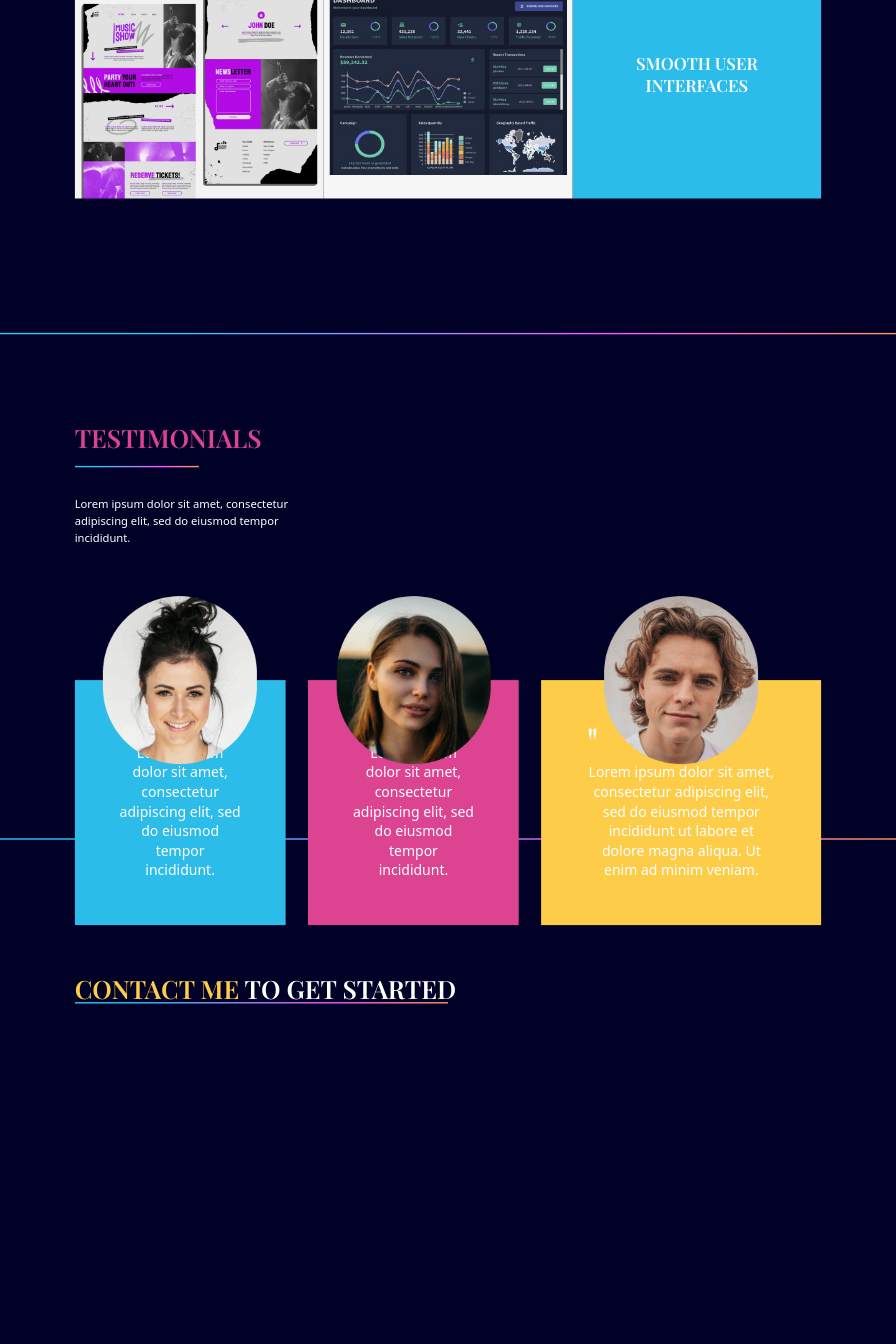
Repository: thibaultNicolas/portfolio-react
Page: /
These files come from the project's save history. The page is drawn as it stood at one moment and after the next save; the edit follows.
The browser window is 1280 px wide. The pictures show the part of the page from y = 2761 to 4681 px (the page is 4681 px tall), at 70% of full size.
The project was rebuilt for these pictures with package versions that can differ from the ones it lists, and the page was loaded fresh each time. Also part of the build but not shown: next.config.ts.

Above is the page before, as saved 2023-01-08 12:25:22.

### public/index.html
<!DOCTYPE html>
<html lang="en">

<head>
  <meta charset="utf-8" />
  <link rel="icon" href="%PUBLIC_URL%/favicon.ico" />
  <meta name="viewport" content="width=device-width, initial-scale=1" />
  <meta name="theme-color" content="#000000" />
  <meta name="description" content="Web site created using create-react-app" />
  <link rel="apple-touch-icon" href="%PUBLIC_URL%/logo192.png" />
  <!--
      manifest.json provides metadata used when your web app is installed on a
      user's mobile device or desktop. See https://developers.google.com/web/fundamentals/web-app-manifest/
    -->
  <link rel="manifest" href="%PUBLIC_URL%/manifest.json" />
  <!--
      Notice the use of %PUBLIC_URL% in the tags above.
      It will be replaced with the URL of the `public` folder during the build.
      Only files inside the `public` folder can be referenced from the HTML.

      Unlike "/favicon.ico" or "favicon.ico", "%PUBLIC_URL%/favicon.ico" will
      work correctly both with client-side routing and a non-root public URL.
      Learn how to configure a non-root public URL by running `npm run build`.
    -->
  <title>React App</title>
  <link href="/public/output.css" rel="stylesheet">
</head>

<body>
  <noscript>You need to enable JavaScript to run this app.</noscript>
  <div id="root"></div>
  <!--
      This HTML file is a template.
      If you open it directly in the browser, you will see an empty page.

      You can add webfonts, meta tags, or analytics to this file.
      The build step will place the bundled scripts into the <body> tag.

      To begin the development, run `npm start` or `yarn start`.
      To create a production bundle, use `npm run build` or `yarn build`.
    -->
</body>

</html>

### src/index.css
@import url('https://fonts.googleapis.com/css2?family=Open+Sans:wght@400;600&family=Playfair+Display:wght@400;600&display=swap');

@tailwind base;
@tailwind components;
@tailwind utilities;

html,
body,
#root,
.app{
    height: 100%;
    background-color: #010026;
    @apply text-white;
}

### src/scenes/Navbar.jsx
import { useState } from 'react';
import AnchorLink from 'react-anchor-link-smooth-scroll';
import useMediaQuery from '../hooks/useMediaQuery';

const Link = ({ page, selectedPage, setSelectedPage }) => {
    const lowerCasePage = page.toLowerCase();
    return (
        <AnchorLink
            className={`${selectedPage === lowerCasePage ? 'text-yellow' : ''}
            hover:text-yellow transition duration-500`}
            href={`#${lowerCasePage}`}
            onClick={() => setSelectedPage(lowerCasePage)}
        >
            {page}
        </AnchorLink>
    );
};

const Navbar = ({ isTopOfPage, selectedPage, setSelectedPage }) => {
    const [isMenuToggled, setIsMenuToggled] = useState(false);
    const isAboveSmallScreens = useMediaQuery('(min-width:768px)');
    const navbarBackground = isTopOfPage ? "" : "bg-red";

    return (
        <nav className={`${navbarBackground} z-40 w-full fixed top-0 py-6`}>
            <div className="flex items-center justify-between mx-auto w-5/6">
                <h4 className="font-playfair text-3xl font-bold">NT</h4>

                {/* DESKTOP NAV */}
                {isAboveSmallScreens ? (
                    <div className="flex justify-between gap-16 font-openSans txt-sm font-semibold">
                        <Link
                            page="Home"
                            selectedPage={selectedPage}
                            setSelectedPage={setSelectedPage}
                        />
                        <Link
                            page="Skills"
                            selectedPage={selectedPage}
                            setSelectedPage={setSelectedPage}
                        />
                        <Link
                            page="Projects"
                            selectedPage={selectedPage}
                            setSelectedPage={setSelectedPage}
                        />
                        <Link
                            page="Testimonials"
                            selectedPage={selectedPage}
                            setSelectedPage={setSelectedPage}
                        />
                        <Link
                            page="Contact"
                            selectedPage={selectedPage}
                            setSelectedPage={setSelectedPage}
                        />
                    </div>
                ) : (
                    <button
                        className="rounded-full bg-red p-2"
                        onClick={() => setIsMenuToggled(!isMenuToggled)}
                    >
                        <img src="../assets/menu-icon.svg" alt="menu-icon" />
                    </button>
                )}

                {/* MOBILE MENU POPUP */}
                {!isAboveSmallScreens && isMenuToggled && (
                    <div className="fixed right-0 bottom-0 h-full bg-blue w-[300px]">
                        {/* CLOSE ICON */}
                        <div className="flex justify-end p-12">
                            <button
                                onClick={() => setIsMenuToggled(!isMenuToggled)}
                            >
                                <img
                                    src="../assets/close-icon.svg"
                                    alt="close-icon"
                                />
                            </button>
                        </div>
                        {/* MENU ITEMS */}
                        <div className="flex flex-col gap-10 ml-[33%] text-2xl text-deep-blue">
                            <Link
                                page="Home"
                                selectedPage={selectedPage}
                                setSelectedPage={setSelectedPage}
                            />
                            <Link
                                page="Skills"
                                selectedPage={selectedPage}
                                setSelectedPage={setSelectedPage}
                            />
                            <Link
                                page="Projects"
                                selectedPage={selectedPage}
                                setSelectedPage={setSelectedPage}
                            />
                            <Link
                                page="Testimonials"
                                selectedPage={selectedPage}
                                setSelectedPage={setSelectedPage}
                            />
                            <Link
                                page="Contact"
                                selectedPage={selectedPage}
                                setSelectedPage={setSelectedPage}
                            />
                        </div>
                    </div>
                )}
            </div>
        </nav>
    );
};

export default Navbar;

### src/scenes/DotGroup.jsx
import AnchorLink from 'react-anchor-link-smooth-scroll';
const DotGroup = ({ selectedPage, setSelectedPage }) => {
    const selectedStyles = `relative bg-yellow before:absolute before:w-6 before:h-6
    before:rounded-full before:border-2 before:border-yellow before:left-[-50%]
    before:top-[-50%]`;
    return (
        <div className="flex flex-col gap-6 fixed top-[60%] right-7">
            <AnchorLink
                className={`${selectedPage === 'home' ? selectedStyles : 'bg-dark-grey'}
            w-3 h-3 rounded-full`}
                href="#home"
                onClick={() => setSelectedPage('home')}
            />
            <AnchorLink
                className={`${selectedPage === 'skills' ? selectedStyles : 'bg-dark-grey'}
            w-3 h-3 rounded-full`}
                href="#skills"
                onClick={() => setSelectedPage('skills')}
            />
            <AnchorLink
                className={`${selectedPage === 'projects' ? selectedStyles : 'bg-dark-grey'}
            w-3 h-3 rounded-full`}
                href="#projects"
                onClick={() => setSelectedPage('projects')}
            />
            <AnchorLink
                className={`${selectedPage === 'testimonials' ? selectedStyles : 'bg-dark-grey'}
            w-3 h-3 rounded-full`}
                href="#testimonials"
                onClick={() => setSelectedPage('testimonials')}
            />
            <AnchorLink
                className={`${selectedPage === 'contact' ? selectedStyles : 'bg-dark-grey'}
            w-3 h-3 rounded-full`}
                href="#contact"
                onClick={() => setSelectedPage('contact')}
            />
        </div>
    );
};
export default DotGroup;

### src/scenes/Projects.jsx
import LineGradient from '../components/LineGradient';
import useMediaQuery from '../hooks/useMediaQuery';
import { motion } from 'framer-motion';

const container = {
    hidden: {},
    visible: {
        transition: { staggerChildren: 0.2 },
    },
};

const projectVariant = {
    hidden: { opacity: 0, scale: 0.8 },
    visible: { opacity: 1, scale: 1 },
};

const Project = ({ title }) => {
    const projectTitle = title.split(' ').join('-').toLowerCase();
    const overlayStyles = `absolute h-full w-full opacity-0 hover:opacity-90 transition duration-500 bg-grey z-30 flex flex-col justify-center items-center text-center p-16 text-deep-blue`;

    return (
        <motion.div variants={projectVariant} className="relative">
            <div className={overlayStyles}>
                <p className="text-2xl font-playfair">{title}</p>
                <p className="mt-7">
                    Lorem ipsum dolor sit amet, consectetur adipiscing elit, sed
                    do eiusmod tempor incididunt ut labore et dolore magna
                    aliqua. Ut enim ad minim veniam.
                </p>
            </div>
            <img src={`../assets/${projectTitle}.jpeg`} alt={projectTitle} />
        </motion.div>
    );
};

const Projects = () => {
    const isAboveMediumScreens = useMediaQuery('(min-width:1060px)');

    return (
        <section id="projects" className="pt-48 pb-48">
            {/* HEADINGS */}
            <div className="md:flex md:justify-between md:gap-16 mt-32">
                <motion.div
                    className="md:w-2/5 mx-auto text-center"
                    initial="hidden"
                    whileInView="visible"
                    viewport={{ once: true, amount: 0.5 }}
                    transition={{ duration: 0.5 }}
                    variants={{
                        hidden: { opacity: 0, x: -50 },
                        visible: { opacity: 1, x: 0 },
                    }}
                >
                    <div>
                        <p className="font-playfair font-semibold text-4xl">
                            MY <span className="text-red">PRO</span>JECTS
                        </p>
                        <div className="flex justify-center mt-5">
                            <LineGradient width="w-1/3" />
                        </div>
                    </div>

                    <p className="mt-10 mb-10">
                        Lorem ipsum dolor sit amet, consectetur adipiscing elit,
                        sed do eiusmod tempor incididunt ut labore et dolore
                        magna aliqua. Ut enim ad minim veniam.
                    </p>
                </motion.div>
            </div>
            {/* PROJECTS */}
            <div className="flex justify-center">
                <motion.div
                    className="sm:grid sm:grid-cols-2 md:grid-cols-3"
                    initial="hidden"
                    whileInView="visible"
                    viewport={{ once: true, amount: 0.5 }}
                    variants={container}
                >
                    {/* ROW 1 */}
                    <div className="flex justify-center text-center items-center p-10 bg-red max-w-[400px] max-h-[400px] text-2xl font-playfair font-semibold">
                        BEAUTIFUL USER INTERFACES
                    </div>

                    <Project title="Project 1" />
                    <Project title="Project 2" />

                    {/* ROW 2 */}
                    <Project title="Project 3" />
                    <Project title="Project 4" />
                    <Project title="Project 5" />

                    {/* ROW 3 */}
                    <Project title="Project 6" />
                    <Project title="Project 7" />

                    <div className="flex justify-center text-center items-center p-10 bg-blue max-w-[400px] max-h-[400px] text-2xl font-playfair font-semibold">
                        SMOOTH USER INTERFACES
                    </div>
                </motion.div>
            </div>
        </section>
    );
};
export default Projects;

### src/scenes/Testimonials.jsx
import LineGradient from '../components/LineGradient';
import { motion } from 'framer-motion';

const Testimonials = () => {
    const testimonialsStyles = `mx-auto relative max-w-[400px] h-[350px] flex flex-col justify-end p-16 mt-48 before:absolute before:top-[-120px] before:-ml-[110px] before:left-1/2`;

    return (
        <section id="testimonials" className="pt-32 pb-16">
            {/* HEADING */}

            <motion.div
                className="md:w-1/3 text-center md:text-left"
                initial="hidden"
                whileInView="visible"
                viewport={{ once: true, amount: 0.5 }}
                transition={{ duration: 0.5 }}
                variants={{
                    hidden: { opacity: 0, x: -50 },
                    visible: { opacity: 1, x: 0 },
                }}
            >
                <p className="font-playfair font-semibold text-4xl mb-5 text-red">
                    TESTIMONIALS
                </p>
                <LineGradient width="w-2/4" />
                <p className="mt-10">
                    Lorem ipsum dolor sit amet, consectetur adipiscing elit, sed
                    do eiusmod tempor incididunt.
                </p>
            </motion.div>

            {/* TESTIMONIALS */}
            <div className="md:flex md:justify-between gap-8">
                <motion.div
                    className={`bg-blue ${testimonialsStyles} before:content-person1`}
                    initial="hidden"
                    whileInView="visible"
                    viewport={{ once: true, amount: 0.5 }}
                    transition={{ duration: 0.5 }}
                    variants={{
                        hidden: { opacity: 0, scale: 0.8 },
                        visible: { opacity: 1, scale: 1 },
                    }}
                >
                    <p className="font-playfair text-6xl">"</p>
                    <p className="text-center text-xl">
                        Lorem ipsum dolor sit amet, consectetur adipiscing elit,
                        sed do eiusmod tempor incididunt.
                    </p>
                </motion.div>
                <motion.div
                    className={`bg-red ${testimonialsStyles} before:content-person2`}
                    initial="hidden"
                    whileInView="visible"
                    viewport={{ once: true, amount: 0.5 }}
                    transition={{ delay: 0.2, duration: 0.5 }}
                    variants={{
                        hidden: { opacity: 0, scale: 0.8 },
                        visible: { opacity: 1, scale: 1 },
                    }}
                >
                    <p className="font-playfair text-6xl">"</p>
                    <p className="text-center text-xl">
                        Lorem ipsum dolor sit amet, consectetur adipiscing elit,
                        sed do eiusmod tempor incididunt.
                    </p>
                </motion.div>
                <motion.div
                    className={`bg-yellow ${testimonialsStyles} before:content-person3`}
                    initial="hidden"
                    whileInView="visible"
                    viewport={{ once: true, amount: 0.5 }}
                    transition={{ delay: 0.4, duration: 0.5 }}
                    variants={{
                        hidden: { opacity: 0, scale: 0.8 },
                        visible: { opacity: 1, scale: 1 },
                    }}
                >
                    <p className="font-playfair text-6xl">"</p>
                    <p className="text-center text-xl">
                        Lorem ipsum dolor sit amet, consectetur adipiscing elit,
                        sed do eiusmod tempor incididunt ut labore et dolore
                        magna aliqua. Ut enim ad minim veniam.
                    </p>
                </motion.div>
            </div>
        </section>
    );
};
export default Testimonials;

### src/scenes/Contact.jsx
import LineGradient from '../components/LineGradient';
import { useForm } from 'react-hook-form';
import { motion } from 'framer-motion';

const Contact = () => {
    const {
        register,
        trigger,
        formState: { errors },
    } = useForm();

    const onSubmit = async (e) => {
        const isValid = await trigger();
        if (!isValid) {
            e.preventDefault();
        }
    };

    return (
        <section id="contact" className="py-48">
            {/* HEADING */}
            <motion.div
                className=""
                initial="hidden"
                whileInView="visible"
                viewport={{ once: true, amount: 0.5 }}
                transition={{ duration: 0.5 }}
                variants={{
                    hidden: { opacity: 0, x: -50 },
                    visible: { opacity: 1, x: 0 },
                }}
            >
                <div>
                    <p className="font-playfair font-semibold text-4xl">
                        <span className="text-yellow">CONTACT ME</span> TO GET
                        STARTED
                    </p>
                    <LineGradient width="w-2/4" />
                </div>
            </motion.div>
        </section>
    );
};

export default Contact;

### src/components/LineGradient.jsx
const LineGradient = ({ width = 'w-full' }) => {
    return (
        <div className={`h-0.5 ${width} bg-gradient-rainblue`}>

        </div>
    )
};

export default LineGradient;

### src/hooks/useMediaQuery.jsx
import { useState, useEffect } from 'react';

const useMediaQuery = (query) => {
    const [matches, setMatches] = useState(false);

    useEffect(() => {
        const media = window.matchMedia(query);
        if (media.matches !== matches) {
            setMatches(media.matches);
        }
        const listener = () => setMatches(media.matches);
        window.addEventListener('resize', listener);
        return () => window.removeEventListener('resize', listener);
    }, [matches, query]);

    return matches;
};

export default useMediaQuery;

### src/components/SocialMediaIcons.jsx

const SocialMediaIcons = () =>{
    return (
        <div className="flex justify-center md:justify-start my-10 gap-7">
            <a
            className="hover:opacity-50 transition duration-500"
            href="https://www.linkedin.com/in/nicolas-thibault-6652b9194/"
            target="_blank"
            rel="noreferrer">
                <img src="../assets/linkedin.png" alt="linkedin-link" />
            </a>
            <a
            className="hover:opacity-50 transition duration-500"
            href="https://www.facebook.com/nicolas.thibault3/"
            target="_blank"
            rel="noreferrer">
                <img src="../assets/facebook.png" alt="facebook-link" />
            </a>
            <a
            className="hover:opacity-50 transition duration-500"
            href="https://www.instagram.com/nicolasthibault_/"
            target="_blank"
            rel="noreferrer">
                <img src="../assets/instagram.png" alt="instagram-link" />
            </a>
        </div>
    )
}
export default SocialMediaIcons;

Loaded but not shown: src/index.js (common file); src/App.js (58 lines, source omitted); tailwind.config.js (41 lines, source omitted); public/output.css (740 lines, source omitted); src/scenes/MySkills.jsx (144 lines, source omitted); src/scenes/Landing.jsx (111 lines, source omitted)

After the next save:
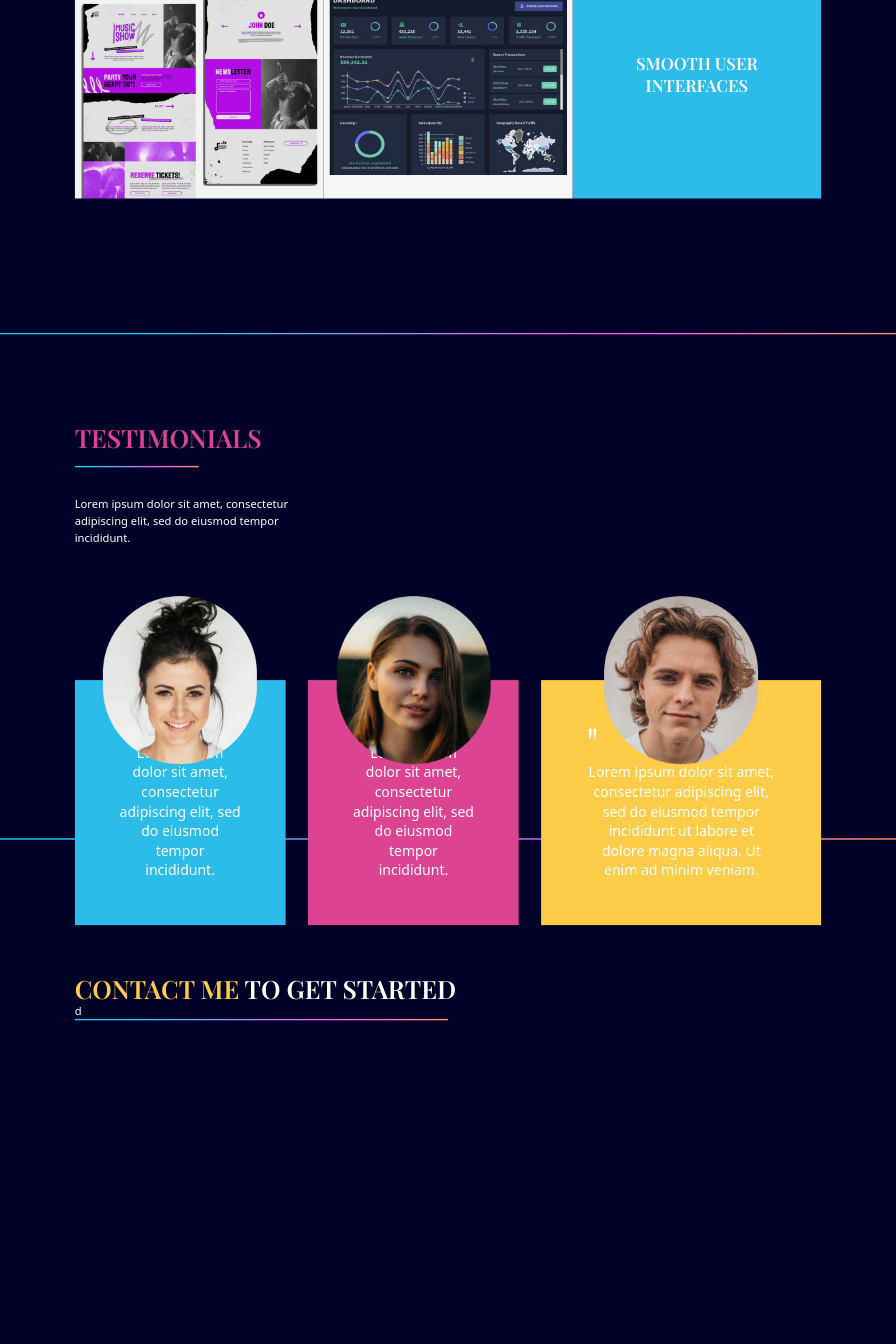
Saved 6 s later.
--- a/src/scenes/Contact.jsx
+++ b/src/scenes/Contact.jsx
@@ -35,6 +35,7 @@ const Contact = () => {
                         <span className="text-yellow">CONTACT ME</span> TO GET
                         STARTED
                     </p>
+                    d
                     <LineGradient width="w-2/4" />
                 </div>
             </motion.div>
